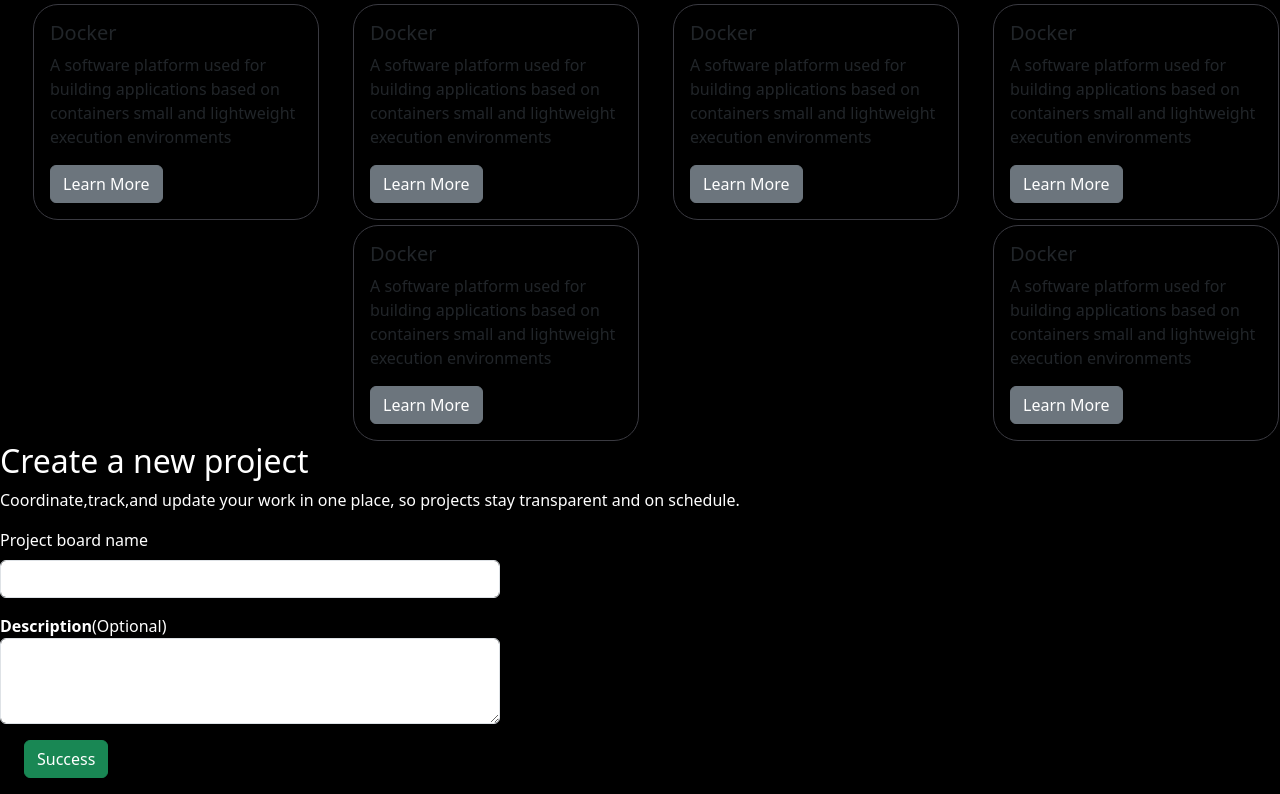
Repository: NSS-Evening-25-Cohort/e25-gitsub-control-alt-defeat
Page: index.html
These files come from the project's save history. The page is drawn as it stood at one moment and after the next save; the edit follows.
The browser window is 1280 px wide. The pictures show the whole page.

Above is the page before, as saved 2023-11-07 19:18:19.

### index.html
<!DOCTYPE html>
<html lang="en">
  <head>
    <meta charset="UTF-8" />
    <meta name="viewport" content="width=device-width, initial-scale=1.0" />
    <link
      rel="stylesheet"
      href="https://cdn.jsdelivr.net/npm/bootstrap@5.3.2/dist/css/bootstrap.min.css"
    />
    <link rel="stylesheet" href="main.css" />
    <title>Document</title>
  </head>
  <body>
    <div id="app2"></div>
    <div id="app1"></div>
    <script src="	https://cdn.jsdelivr.net/npm/bootstrap@5.3.2/dist/js/bootstrap.bundle.min.js"></script>
    <div class="packageHeader"><h2>Create a new project</h2>
      <p>Coordinate,track,and update your work in one place, so projects stay transparent and on schedule.</p>
    </div>

    <form>
        <div class="mb-3">
        <label for="exampleInputEmail1" class="form-label" id="boardName">Project board name</label>
        <input type="text" class="form-control" class="packageForm" id="projectBoardName" aria-describedby="emailHelp">
      </div>
      <div class="form-group mb-3">
        <label for="exampleFormControlTextarea1" id="descriptionName" class="packageForm"><B>Description</B>(Optional)</label>
        <textarea class="form-control" id="projectDescription" rows="3"></textarea>
      </div>
      </div>
      <div class="mb-3 form-check">
        <button type="submit" class="btn btn-success">Success</button>
    </form>

    <script src="main.js"></script>

  </body>
</html>

### main.css
body {
  background-color: black;
}

#app1{
  flex-wrap: wrap;
  display: flex;
}

.mb-3{
  width:500px;
  color: white;
}

.packageHeader{
  color:white;
}

.card-body{
  border: solid rgb(58, 58, 65) 1px;
  border-radius: 25px;
  background-color:black;
}

.card{
  background-color:black;
  margin-left: auto;
  margin-bottom: auto;
  margin-top: auto;
  padding-top: 3px;
}

### main.js
const packageCards =[
  {
    id: 1,
    name: "Docker",
    info: "A software platform used for building applications based on containers small and lightweight execution environments",
  },
  {
    id: 2,
    name: "Docker",
    info: "A software platform used for building applications based on containers small and lightweight execution environments"
  },
  {
    id: 3,
    name: "Docker",
    info: "A software platform used for building applications based on containers small and lightweight execution environments"
  },
  {
    id: 4,
    img: "image",
    name: "Docker",
    info: "A software platform used for building applications based on containers small and lightweight execution environments"
  },
  {
    id: 5,
    imageURL: "https://www.google.com/url?sa=i&url=https%3A%2F%2Fwww.creativebloq.com%2Fnews%2Ftwitter-logo-history&psig=AOvVaw3y8LYKl_CxiwL2W_oTsGUa&ust=1699413723681000&source=images&cd=vfe&ved=0CBEQjRxqFwoTCKD7mcz3sIIDFQAAAAAdAAAAABAE",
    name: "Docker",
    info: "A software platform used for building applications based on containers small and lightweight execution environments"
  },
  {
    id: 6,
    name: "Docker",
    info: "A software platform used for building applications based on containers small and lightweight execution environments"
  },
];

const app1 = document.querySelector("#app1");
const app2 = document.querySelector("#app2");

const renderToDom = (packageCards) =>{

  let domString = "";

  for(let card of packageCards){
    domString += `<div class="card" style="width: 18rem;">
    <div class="card-body">
      <h5>${card.name}</h5>
      <p class="card-text">${card.info}</p>
      <button type="button" class="btn btn-secondary">Learn More</button>
    </div>
  </div>`
  }
  const app1 = document.querySelector("#app1")
  app1.innerHTML = domString
}
renderToDom(packageCards)


const form = document.querySelector("form");

const createPackage = (event) =>{
  event.preventDefault();

  const newPackage = {
    id: packageCards.length +1,
    name: document.querySelector("#projectBoardName").value,
    info: document.querySelector("#projectDescription").value,
  }
  packageCards.push(newPackage);
  renderToDom(packageCards);
  form.reset();
}
form.addEventListener("submit", createPackage)

After the next save:
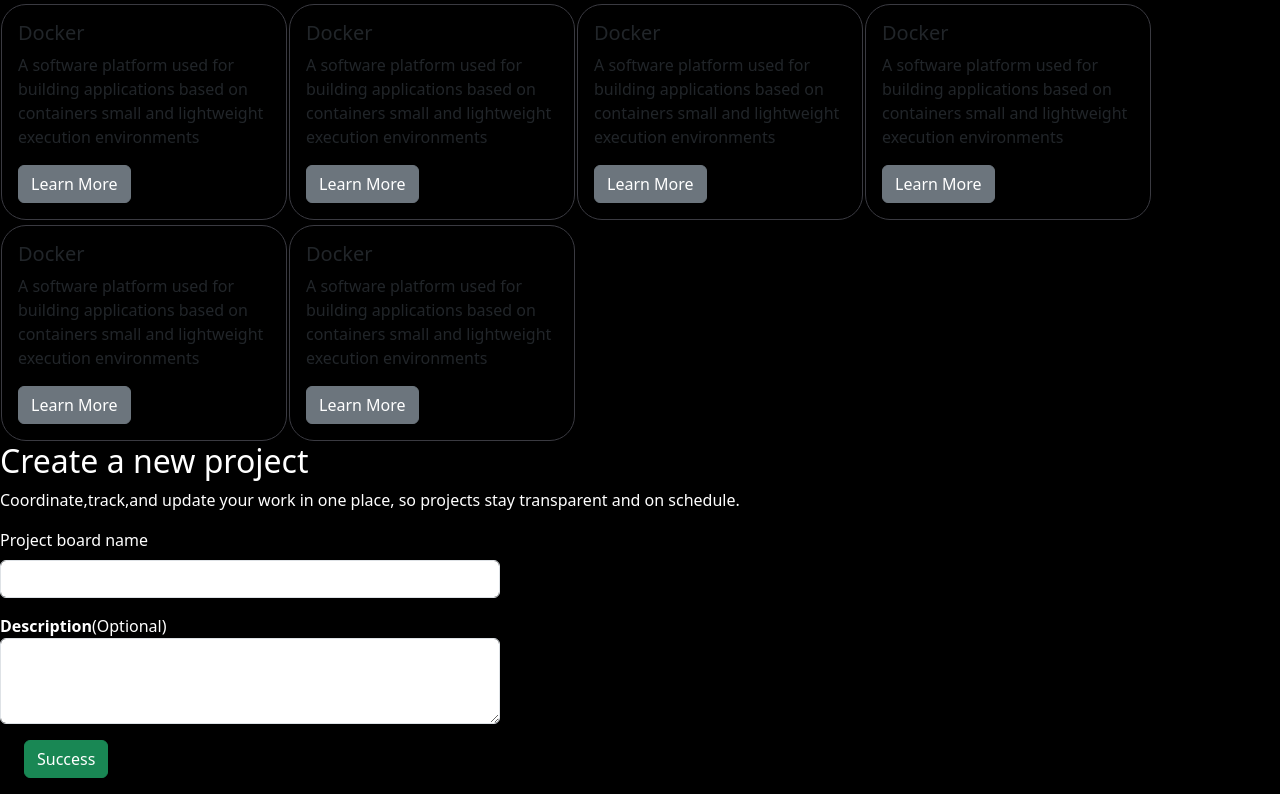
Saved 16 s later.
--- a/main.css
+++ b/main.css
@@ -24,8 +24,6 @@
 
 .card{
   background-color:black;
-  margin-left: auto;
-  margin-bottom: auto;
-  margin-top: auto;
+ padding-left: auto;
   padding-top: 3px;
 }
